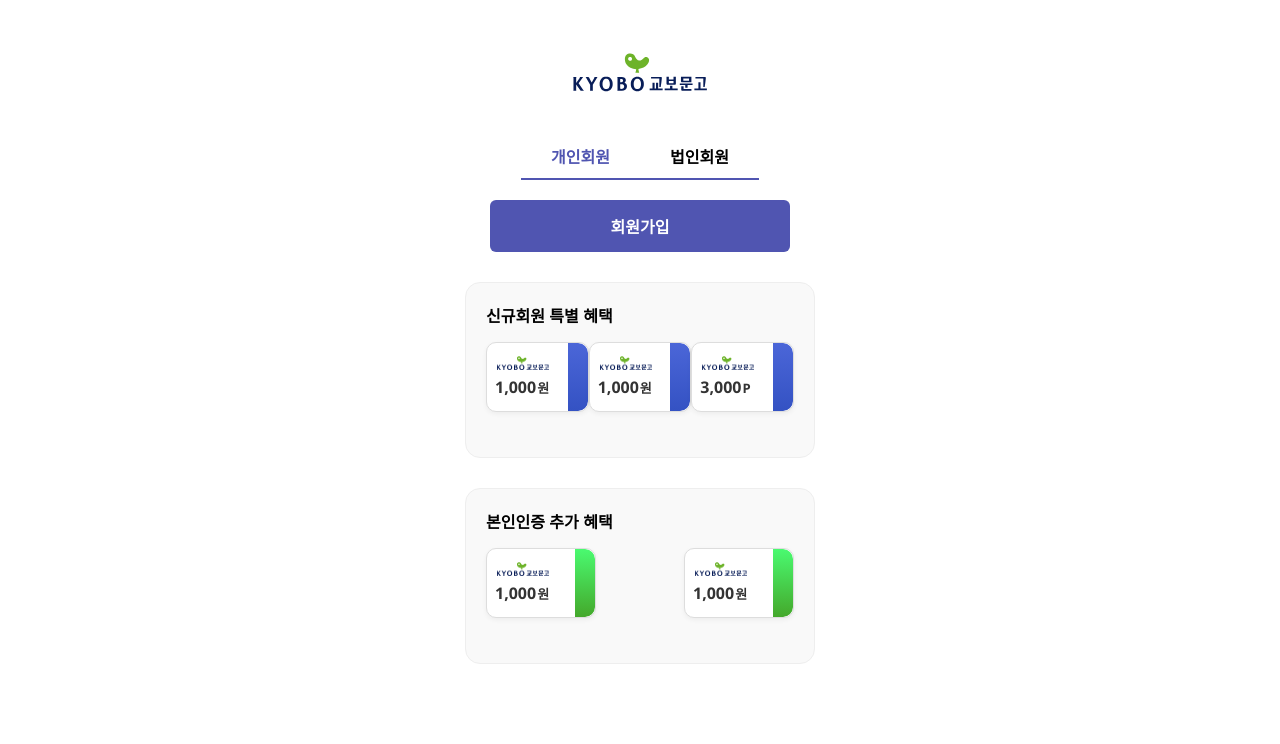
Repository: Yundanbi/Kyobo
Page: kyobo/src/main/webapp/sign up.html
An editor plug-in stored every save of this project. The page is shown before and after the next save, followed by the edit.
The browser window is 1280 px wide. The pictures show the whole page.

Above is the page before, as saved 2025-06-17 05:42:32.

### kyobo/src/main/webapp/sign up.html
<!DOCTYPE html>
<html lang="ko">
  <head>
    <meta charset="UTF-8" />
    <meta name="viewport" content="width=device-width, initial-scale=1.0" />
    <title>회원가입</title>
    <style>
      * {
        margin: 0;
        padding: 0;
        box-sizing: border-box;
      }
      body {
        font-family: sans-serif;
        display: flex;
        justify-content: center;
        align-items: center;
        background: #fff;
        padding: 50px;
        flex-direction: column;

        transform-origin: top center;
      }
      .logo img {
        height: 50px;
        margin-bottom: 30px;
      }
      .tab {
        display: flex;
        border-bottom: 2px solid#5055b1;
        margin-bottom: 20px;
      }
      .tab button {
        padding: 10px 30px;
        border: none;
        background: none;
        font-weight: bold;
        font-size: 16px;
        cursor: pointer;
      }
      .tab button.active {
        color: #5055b1;
      }
      .join-btn {
        background-color: #5055b1;
        color: white;
        font-weight: bold;
        padding: 14px 0;
        width: 300px;
        border-radius: 6px;
        border: none;
        font-size: 16px;
        margin-bottom: 30px;
        cursor: pointer;
      }
      .icons {
        display: flex;
        justify-content: center;
        gap: 30px;
        margin-bottom: 40px;
      }
      .icons img {
        width: 40px;
        height: 40px;
      }
      .benefits-box {
        border: 1px solid #eee;
        border-radius: 15px;
        padding: 20px;
        width: 350px;
        background: #f9f9f9;
        margin-bottom: 30px;
      }
      .benefits-box h3 {
        font-size: 16px;
        margin-bottom: 15px;
        font-weight: bold;
      }
      .benefits {
        display: flex;
        justify-content: space-between;
        margin-bottom: 25px;
      }
      .benefit-card {
        width: 100px;
        height: 70px;
        background: white;
        border-radius: 8px;
        box-shadow: 0 0 4px rgba(0, 0, 0, 0.1);
        display: flex;
        flex-direction: column;
        align-items: center;
        justify-content: center;
        font-size: 14px;
        font-weight: bold;
        color: #5055b1;
      }
      .benefit-card small {
        font-size: 12px;
        color: #555;
        margin-top: 4px;
      }
      .coupon-card {
        display: flex;
        width: 110px;
        height: 70px;
        border-radius: 10px;
        background: #ffffff;
        border: 1px solid #ddd;
        box-shadow: 0 2px 5px rgba(0, 0, 0, 0.05);
        overflow: hidden;
        position: relative;
        font-family: "Segoe UI", sans-serif;
      }

      .coupon-content {
        flex: 1;
        padding: 10px 8px;
        display: flex;
        flex-direction: column;
        justify-content: center;
      }

      .coupon-content img {
        height: 12px;
        margin-bottom: 6px;
      }

      .price {
        font-size: 16px;
        font-weight: 700;
        color: #333;
      }

      .price span {
        font-size: 13px;
        margin-left: 1px;
        color: #333;
      }

      .coupon-ribbon {
        width: 20px;
        background: linear-gradient(to bottom, #4b66d8, #3452c3);
        border-top-right-radius: 10px;
        border-bottom-right-radius: 10px;
      }

      .coupon-ribbon {
        width: 20px;
        background: linear-gradient(to bottom, #4b66d8, #3452c3);
        border-top-right-radius: 10px;
        border-bottom-right-radius: 10px;
      }

      .coupon-ribbon2 {
        width: 20px;
        background: linear-gradient(to bottom, #4afa70, #44a82b);
        border-top-right-radius: 10px;
        border-bottom-right-radius: 10px;
      }
    </style>
  </head>
  <body>

    <div class="logo">
		 <a href="index.jsp">
      <img src="img/logo_book.svg" alt="교보문고 로고" />
      </a>
    </div>

    <div class="tab">
      <button class="active">개인회원</button>
      <button>법인회원</button>
    </div>
	<button class="join-btn" onclick="location.href='member/join.jsp'">회원가입</button>

    <div class="benefits-box">
      <h3>신규회원 특별 혜택</h3>
      <div class="benefits">
        <div class="coupon-card">
          <div class="coupon-content">
            <img
              src="img/signlogo.png"
              alt="교보문고 로고"
              style="height: 14px; width: 54px"
            />
            <p class="price"><strong>1,000</strong><span>원</span></p>
          </div>
          <div class="coupon-ribbon"></div>
        </div>

        <div class="coupon-card">
          <div class="coupon-content">
            <img
              src="img/signlogo.png"
              alt="교보문고 로고"
              style="height: 14px; width: 54px"
            />
            <p class="price"><strong>1,000</strong><span>원</span></p>
          </div>
          <div class="coupon-ribbon"></div>
        </div>

        <div class="coupon-card">
          <div class="coupon-content">
            <img
              src="img/signlogo.png"
              alt="교보문고 로고"
              style="height: 14px; width: 54px"
            />
            <p class="price"><strong>3,000</strong><span>P</span></p>
          </div>
          <div class="coupon-ribbon"></div>
        </div>
      </div>
    </div>

    <div class="benefits-box">
      <h3>본인인증 추가 혜택</h3>
      <div class="benefits">
        <div class="coupon-card">
          <div class="coupon-content">
            <img
              src="img/signlogo.png"
              alt="교보문고 로고"
              style="height: 14px; width: 54px"
            />
            <p class="price"><strong>1,000</strong><span>원</span></p>
          </div>
          <div class="coupon-ribbon2"></div>
        </div>

        <div class="coupon-card">
          <div class="coupon-content">
            <img
              src="img/signlogo.png"
              alt="교보문고 로고"
              style="height: 14px; width: 54px"
            />
            <p class="price"><strong>1,000</strong><span>원</span></p>
          </div>
          <div class="coupon-ribbon2"></div>
        </div>
      </div>
    </div>
  </body>
</html>

After the next save:
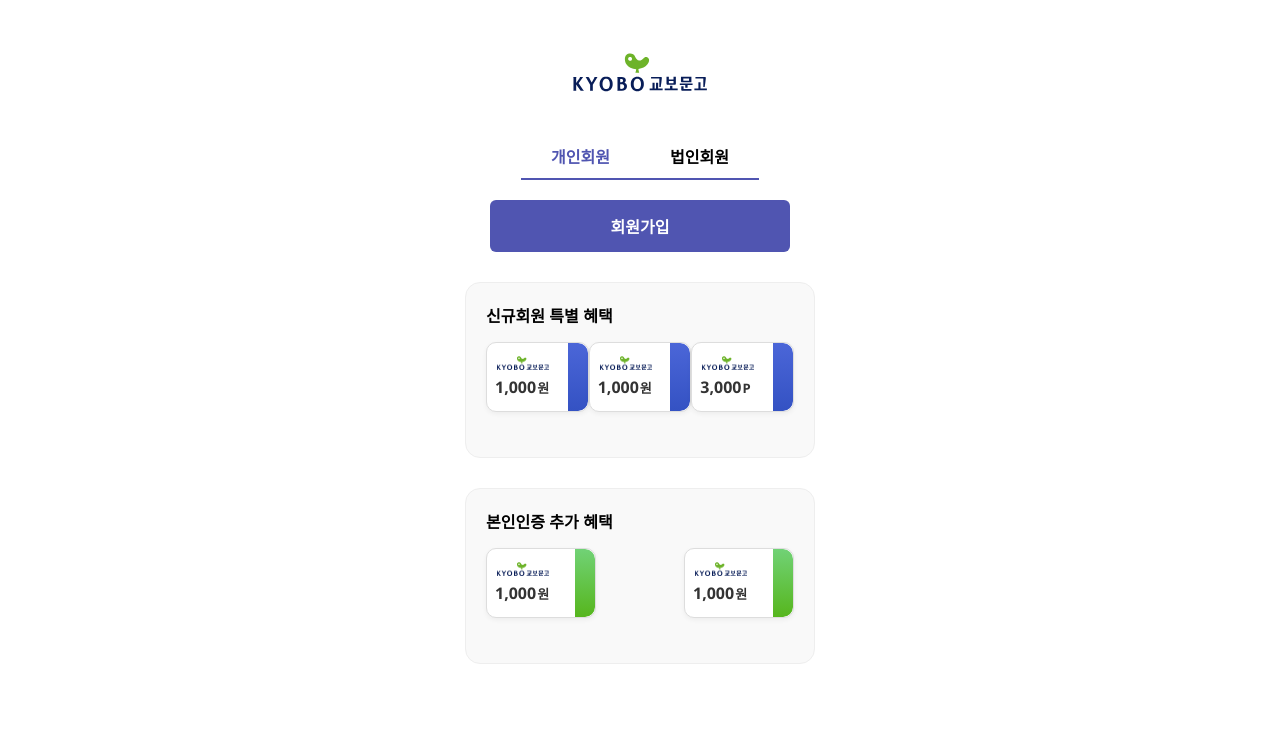
Saved 2 h 41 min later.
--- a/kyobo/src/main/webapp/sign up.html
+++ b/kyobo/src/main/webapp/sign up.html
@@ -154,7 +154,7 @@
 
       .coupon-ribbon2 {
         width: 20px;
-        background: linear-gradient(to bottom, #4afa70, #44a82b);
+        background: linear-gradient(to bottom, rgb(113, 210, 118), rgb(86, 182, 29));
         border-top-right-radius: 10px;
         border-bottom-right-radius: 10px;
       }
